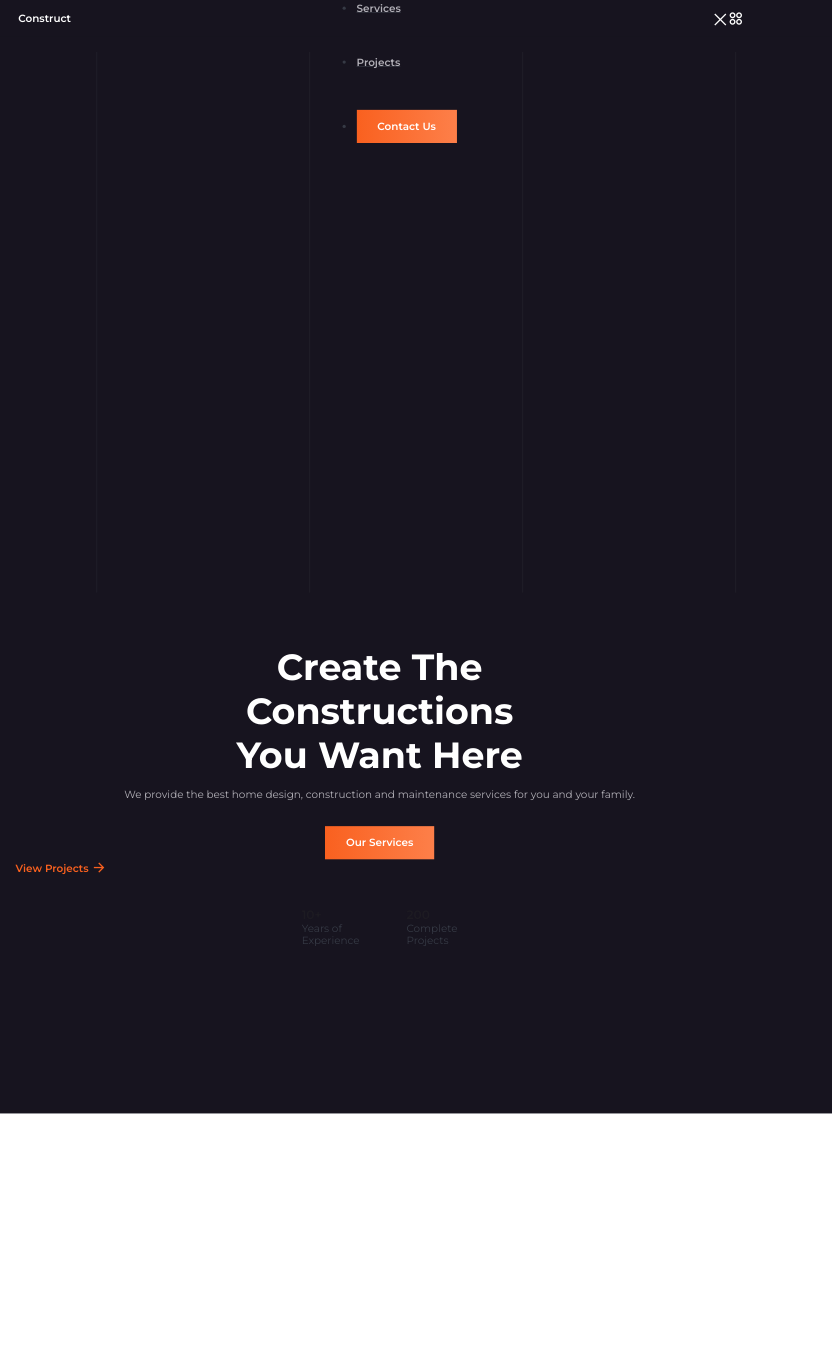
Repository: douglasabnovato/construction
Page: index.html
The author's editor kept a copy of each file at every save. The page is drawn from the files as they stood at one save, then again after the next save.
The browser window is 1280 px wide. The pictures show the whole page, at 65% of full size.

Above is the page before, as saved 2025-04-29 00:54:43.

### index.html
<!DOCTYPE html>
<html lang="en">
  <head>
    <meta charset="UTF-8" />
    <meta name="viewport" content="width=device-width, initial-scale=1.0" />

    <!--=============== FAVICON ===============-->
    <link
      rel="shortcut icon"
      href="assets/img/favicon.png"
      type="image/x-icon"
    />

    <!--=============== REMIXICONS ===============-->
    <link
      rel="stylesheet"
      href="https://cdnjs.cloudflare.com/ajax/libs/remixicon/4.2.0/remixicon.css"
    />

    <!--=============== SWIPER CSS ===============-->
    <link rel="stylesheet" href="" />

    <!--=============== CSS ===============-->
    <link rel="stylesheet" href="assets/css/styles.css" />

    <title>Construction</title>
  </head>
  <body>
    <!--==================== HEADER ====================-->
    <header class="header" id="header">
      <nav class="nav container">
        <a href="#" class="nav__logo">
          <i class="ri-bulding-3-line"></i>
          <span>Construct</span>
        </a>
        <div class="nav__menu" id="nav-menu">
          <u class="nav__list">
            <li>
              <a href="#home" class="nav__link">Home</a>
            </li>
            <li>
              <a href="#aboutus" class="nav__link"> About Us</a>
            </li>
            <li>
              <a href="#services" class="nav__link"> Services</a>
            </li>
            <li>
              <a href="#projects" class="nav__link"> Projects</a>
            </li>
            <li>
              <a href="#contactus" class="nav__link button"> Contact Us</a>
            </li>
          </u>
          <!-- Close Button -->
          <div class="nav__close" id="nav-close">
            <i class="ri-close-large-line"></i>
          </div>
        </div>
        <!-- Toggle menu -->
        <div class="nav__toggle" id="nav-toggle">
          <i class="ri-apps-2-line"></i>
        </div>
      </nav>
    </header>

    <!--==================== MAIN ====================-->
    <main class="main">
      <!--==================== HOME ====================-->
      <section class="home section" id="home">
        <img
          src="./assets/img/home-lines-bg.svg"
          alt="image"
          class="home__lines"
        />
        <div class="home__container container grid">
          <div class="home__container grid">
            <div class="home__data">
              <h1 class="home__title">
                Create The<br />
                Constructions<br />
                You Want Here
              </h1>
              <p class="home__description">
                We provide the best home design, construction and maintenance
                services for you and your family.
              </p>
              <div class="home__buttons">
                <a href="#services" class="button">Our Services</a>
                <a href="#projects" class="button__link"
                  ><span>View Projects</span> <i class="ri-arrow-right-line"></i
                ></a>
              </div>
            </div>
            <div class="home__info">
              <div>
                <h3 class="home__info-title">10+</h3>
                <p class="home__info-description">
                  Years of <br />
                  Experience
                </p>
              </div>
              <div>
                <h3 class="home__info-title">200</h3>
                <p class="home__info-description">
                  Complete <br />
                  Projects
                </p>
              </div>
            </div>
          </div>
          <div class="home__images"></div>
        </div>
      </section>

      <!--==================== ABOUT ====================-->
      <section class="about section" id="about"></section>

      <!--==================== SERVICES ====================-->
      <section class="services section" id="services"></section>

      <!--==================== PROJECTS ====================-->
      <section class="projects section" id="projects"></section>

      <!--==================== CONTACT ====================-->
      <section class="contact section" id="contact"></section>
    </main>

    <!--==================== FOOTER ====================-->
    <footer class="footer"></footer>

    <!--========== SCROLL UP ==========-->

    <!--=============== SCROLLREVEAL ===============-->
    <script src=""></script>

    <!--=============== SWIPER JS ===============-->
    <script src=""></script>

    <!--=============== MAIN JS ===============-->
    <script src="assets/js/main.js"></script>
  </body>
</html>

### assets/css/styles.css
/*=============== GOOGLE FONTS ===============*/
@import url("https://fonts.googleapis.com/css2?family=Montserrat:wght@100..900&display=swap");

/*=============== VARIABLES CSS ===============*/
:root {
  --header-height: 3.5rem;

  /*========== Colors ==========*/
  /*Color mode HSL(hue, saturation, lightness)*/
  --first-color: hsl(18, 95%, 55%);
  --second-color: hsl(42, 98%, 52%);
  --first-gradient: linear-gradient(
    90deg,
    hsl(18, 95%, 55%),
    hsl(18, 98%, 64%)
  );
  --title-color: hsl(255, 12%, 12%);
  --text-color: hsl(225, 12%, 24%);
  --text-color-light: hsl(255, 4%, 70%);
  --body-color: hsl(0, 0%, 100%);
  --container-color: hsl(0, 0%, 100%);
  --white-color: hsl(0, 0%, 100%);
  --black-color: hsl(255, 20%, 10%);
  --gray-border: hsl(255, 6%, 90%);
  --black-border: hsl(255, 10%, 20%);

  /*========== Font and typography ==========*/
  /*.5rem = 8px | 1rem = 16px ...*/
  --body-font: "Montserrat", sans-serif;
  --big-font-size: 2.25rem;
  --h1-font-size: 1.5rem;
  --h2-font-size: 1.25rem;
  --h3-font-size: 1rem;
  --normal-font-size: 0.938rem;
  --small-font-size: 0.813rem;

  /*========== Font weight ==========*/
  --font-regular: 400;
  --font-medium: 500;
  --font-semi-bold: 600;
  --font-bold: 700;

  /*========== z index ==========*/
  --z-tooltip: 10;
  --z-fixed: 100;
}

/*========== Responsive typography ==========*/
@media screen and (min-width: 1150px) {
  :root {
    --big-font-size: 3.5rem;
    --h1-font-size: 2.25rem;
    --h2-font-size: 1.5rem;
    --h3-font-size: 1.25rem;
    --normal-font-size: 1rem;
    --small-font-size: 0.875rem;
  }
}

/*=============== BASE ===============*/
* {
  box-sizing: border-box;
  padding: 0;
  margin: 0;
}

html {
  scroll-behavior: smooth;
}

body {
  font-family: var(--body-font);
  font-size: var(--normal-font-size);
  background-color: var(--body-color);
  color: var(--text-color);
}

h1,
h2,
h3,
h4 {
  color: var(--title-color);
  font-weight: var(--font-semi-bold);
}

ul {
  list-style: none;
}

a {
  text-decoration: none;
}

img {
  display: block;
  max-width: 100%;
  height: auto;
}

/*=============== REUSABLE CSS CLASSES ===============*/
.container {
  max-width: 1120px;
  margin-inline: 1.5rem;
}

.grid {
  display: grid;
  gap: 1.5rem;
}

.section {
  padding-block: 5rem 1rem;
}
.section__title,
.section__subtitle {
  text-align: center;
}

.section__title {
  font-size: var(--h1-font-size);
  font-weight: var(--font-bold);
  margin-bottom: 1.5rem;
}

.section__subtitle {
  display: block;
  font-size: var(--normal-font-size);
  font-weight: var(--font-semi-bold);
  color: var(--second-color);
  margin-bottom: 0.5rem;
}

.main {
  overflow: hidden;
}

/*=============== HEADER & NAV ===============*/
.header {
  position: fixed;
  width: 100%;
  top: 0;
  left: 0;
  background-color: var(--black-color);
  z-index: var(--z-fixed);
}

.nav {
  position: relative;
  height: var(--header-height);
  display: flex;
  justify-content: space-between;
  align-items: center;
}

.nav__logo {
  display: flex;
  align-items: center;
  column-gap: 0.25rem;
}

.nav__logo span {
  color: var(--white-color);
  font-weight: var(--font-semi-bold);
  transition: color 0.4s;
}

.nav__logoi i {
  color: var(--first-color);
  font-size: 1.5rem;
}

.nav__toggle,
.nav__close {
  font-size: 1.5rem;
  color: var(--white-color);
  cursor: pointer;
  transition: color 0.4s;
}

/* Navigation for mobile devices */
@media screen and (max-width: 1150px) {
  .nav__menu {
    position: fixed;
    top: 0;
    right: -100%;
    background-color: var(--black-color);
    width: 80%;
    height: 100%;
    padding: 7.5rem 3.5rem 0;
    border-left: 2px solid var(--black-border);
    transition: right 0.4s;
  }
}

.nav__list {
  display: flex;
  flex-direction: column;
  row-gap: 4rem;
}

.nav__link {
  color: var(--text-color-light);
  font-weight: var(--font-semi-bold);
  transition: color 0.4s;
}

.nav__link:hover {
  color: var(--first-color);
}

.nav__close {
  position: absolute;
  top: 1rem;
  right: 1.5rem;
}

/* Show menu */
.show-menu {
  right: 0;
}

/* Change background header */

/* Active link */

/*=============== HOME ===============*/
.home {
  position: relative;
  background-color: var(--black-color);
}

.home__container {
  position: relative;
  row-gap: 3rem;
  padding-block: 2.5rem 6rem;
}

.home__content {
  row-gap: 2.5rem;
}

.home__data {
  text-align: center;
}

.home__title {
  color: var(--white-color);
  font-size: var(--big-font-size);
  font-weight: var(--font-bold);
  margin-bottom: 1rem;
}

.home__description{
  margin-bottom: 2.5rem;
  color: var(--text-color-light);
}

.home_buttons{
  display: flex;
  justify-content: center;
  align-items: center;
  gap: 1rem;
}

.home__info{
  display: flex;
  justify-content: center;
  column-gap: 4.5rem;

}

/*=============== BUTTON ===============*/
.button {
  display: inline-flex;
  background: var(--first-gradient);
  color: var(--white-color);
  font-weight: var(--font-semi-bold);
  padding: 1rem 2rem;
  transition: box-shadow .4s;
}

.button:hover{
  box-shadow: 0 8px 32px hsla(18, 95%, 55%, .3);
  color: var(--white-color);
}

.button__link {
  display: flex;
  align-items: center;
  column-gap: .25rem;
  color: var(--first-color);
}

.button__link span{
  font-weight: var(--font-semi-bold);
}

.button__link i {
  font-size: 1.5rem;
  transition: transform .4s;
}

.button__link:hover i {
  transform: translateX(.25rem)
}

/*=============== ABOUT ===============*/

/*=============== SERVICES ===============*/

/* Swiper class */

/*=============== PROJECTS ===============*/

/*=============== CONTACT ===============*/

/*=============== FOOTER ===============*/

/*=============== SCROLL BAR ===============*/

/*=============== SCROLL UP ===============*/

/* Show Scroll Up */

/*=============== BREAKPOINTS ===============*/
/* For small devices */

/* For medium devices */

/* For large devices */

### assets/js/main.js
/*=============== SHOW MENU ===============*/
const navMenu = document.getElementById('nav-menu'),
      navToggle = document.getElementById('nav-toggle'),
      navClose = document.getElementById('nav-close')

/* Menu show */
if(navToggle){
    navToggle.addEventListener('click', () =>{
        navMenu.classList.add('show-menu')
    })
}

/* Menu hidden */
if(navClose){
    navClose.addEventListener('click', () =>{
        navMenu.classList.remove('show-menu')
    })
}

/*=============== REMOVE MENU MOBILE ===============*/
const navLink = document.querySelectorAll('.nav__link')

const linkAction = () =>{
    const navMenu = document.getElementById('nav-menu')
    // When we click on each nav__link, we remove the show-menu class
    navMenu.classList.remove('show-menu')
}
navLink.forEach(n => n.addEventListener('click', linkAction))


/*=============== CHANGE BACKGROUND HEADER ===============*/

/*=============== SWIPER SERVICES ===============*/

/*=============== SHOW SCROLL UP ===============*/

/*=============== SCROLL SECTIONS ACTIVE LINK ===============*/

/*=============== SCROLL REVEAL ANIMATION ===============*/

After the next save:
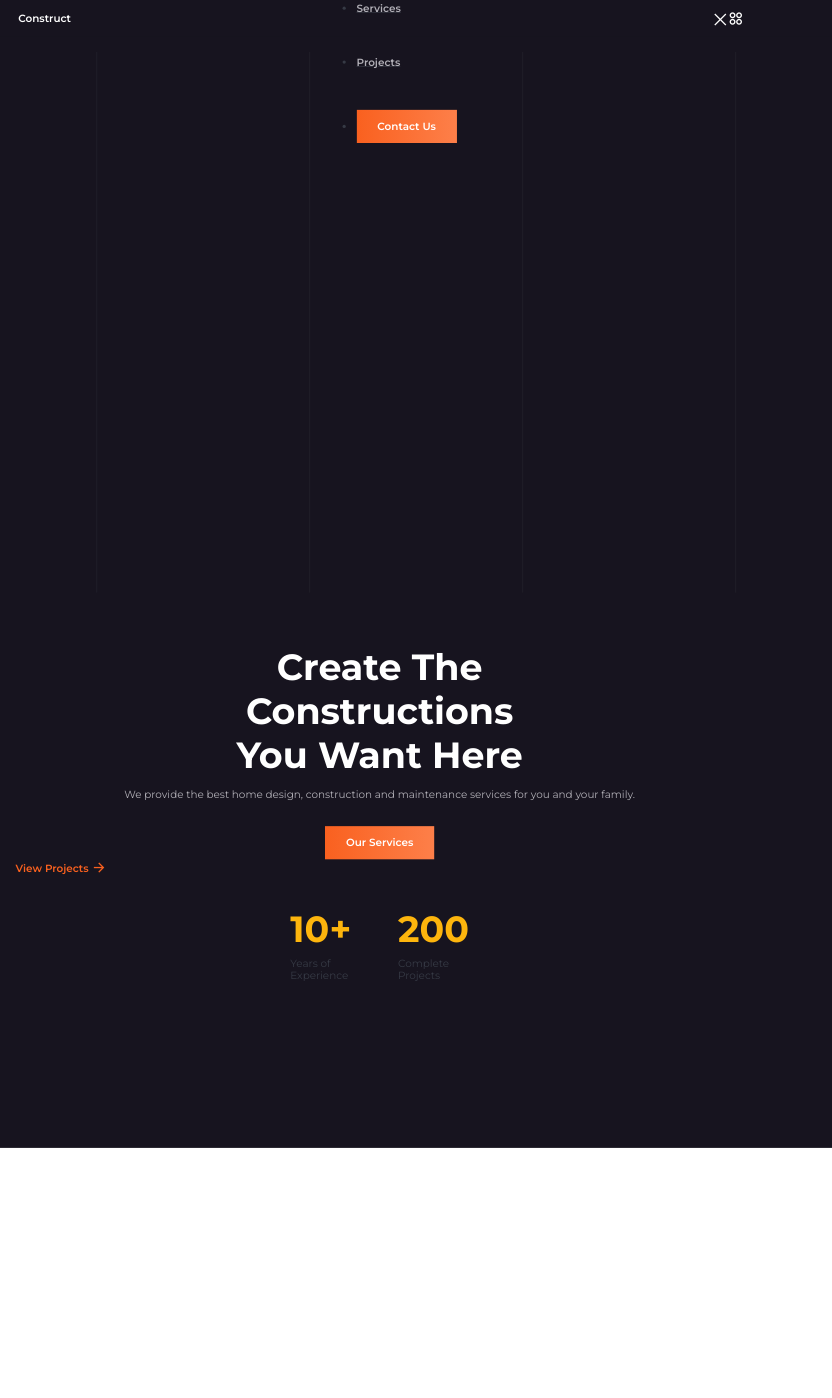
Saved 73 s later.
--- a/assets/css/styles.css
+++ b/assets/css/styles.css
@@ -266,7 +266,13 @@ img {
   display: flex;
   justify-content: center;
   column-gap: 4.5rem;
-
+}
+
+.home__info-title{
+  color: var(--second-color);
+  font-size: var(--big-font-size);
+  font-weight: var(--font-bold);
+  margin-bottom: .5rem;
 }
 
 /*=============== BUTTON ===============*/
